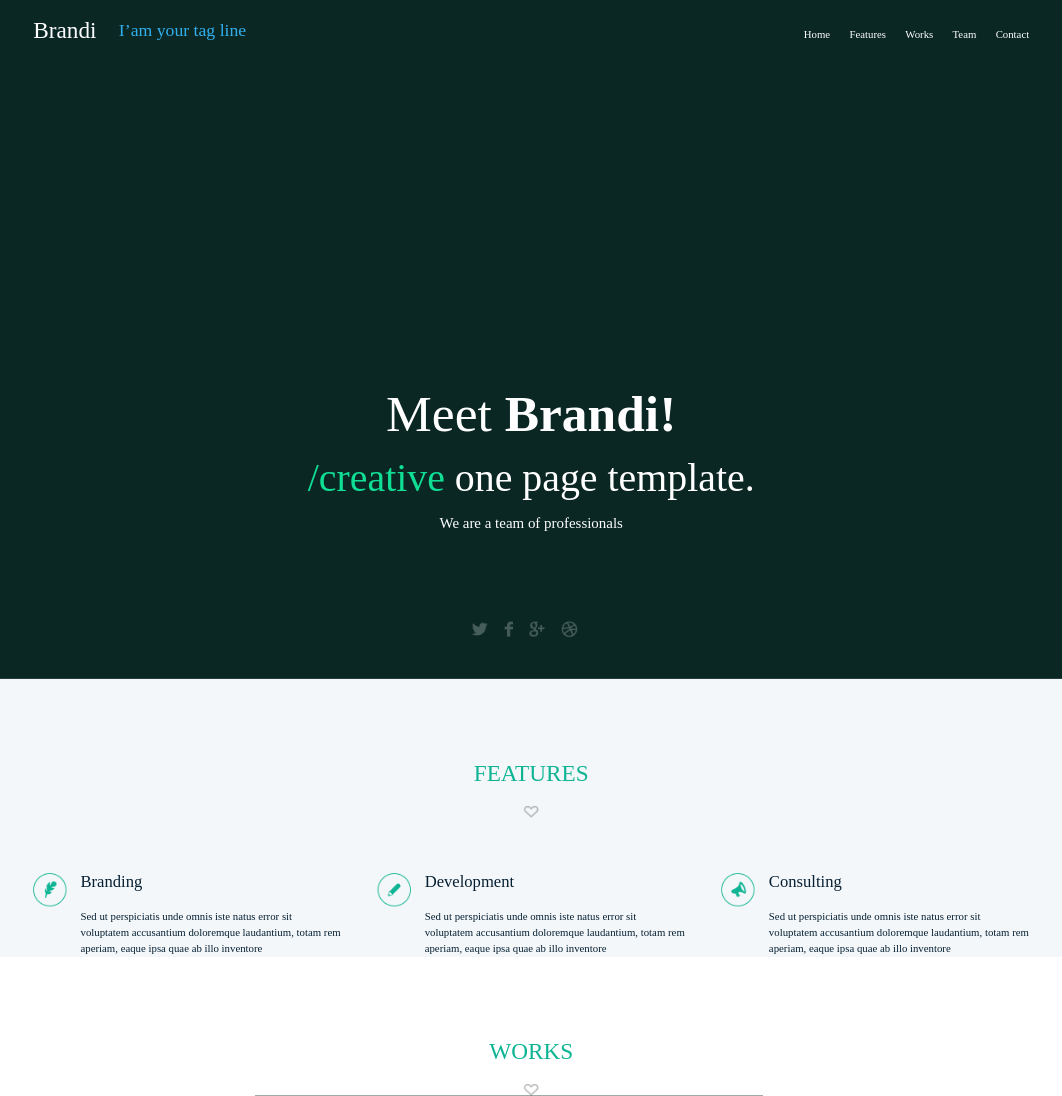
Repository: iravakilova/Brandi
Page: app/index.html
These files come from the project's save history. The page is drawn as it stood at one moment and after the next save; the edit follows.
The browser window is 1280 px wide. The pictures show the whole page, at 83% of full size.

Above is the page before, as saved 2020-02-15 14:12:25.

After the next save:
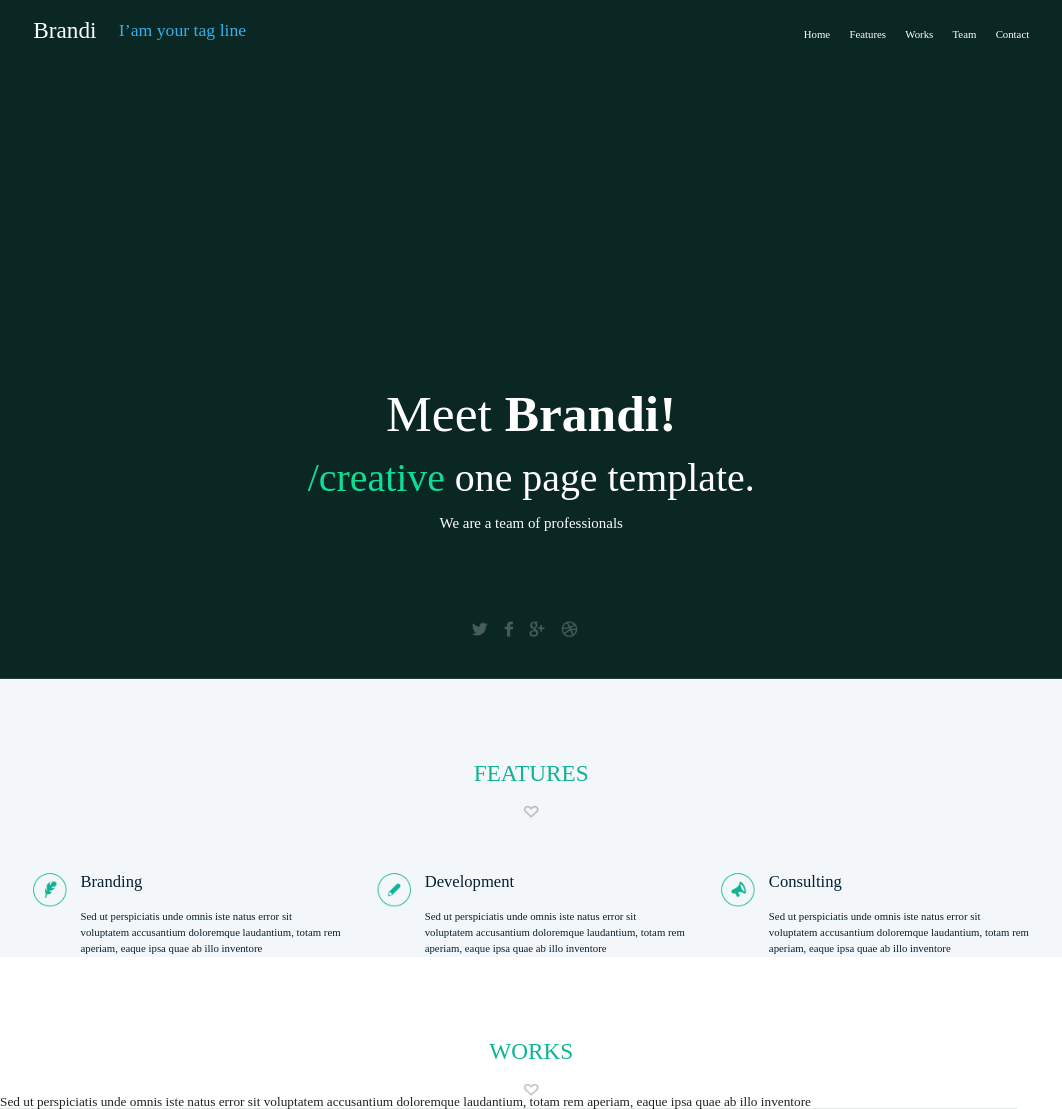
Saved 43 s later.
--- a/app/index.html
+++ b/app/index.html
@@ -86,6 +86,7 @@
     <section class="works">
         <h3 class="unit-title">Works</h3>
         <img class="heart" src="./img/heart.png" alt="">
+        <p class="unit-article">Sed ut perspiciatis unde omnis iste natus error sit voluptatem accusantium doloremque laudantium, totam rem aperiam, eaque ipsa quae ab illo inventore</p>
     </section>
 
 </body>
